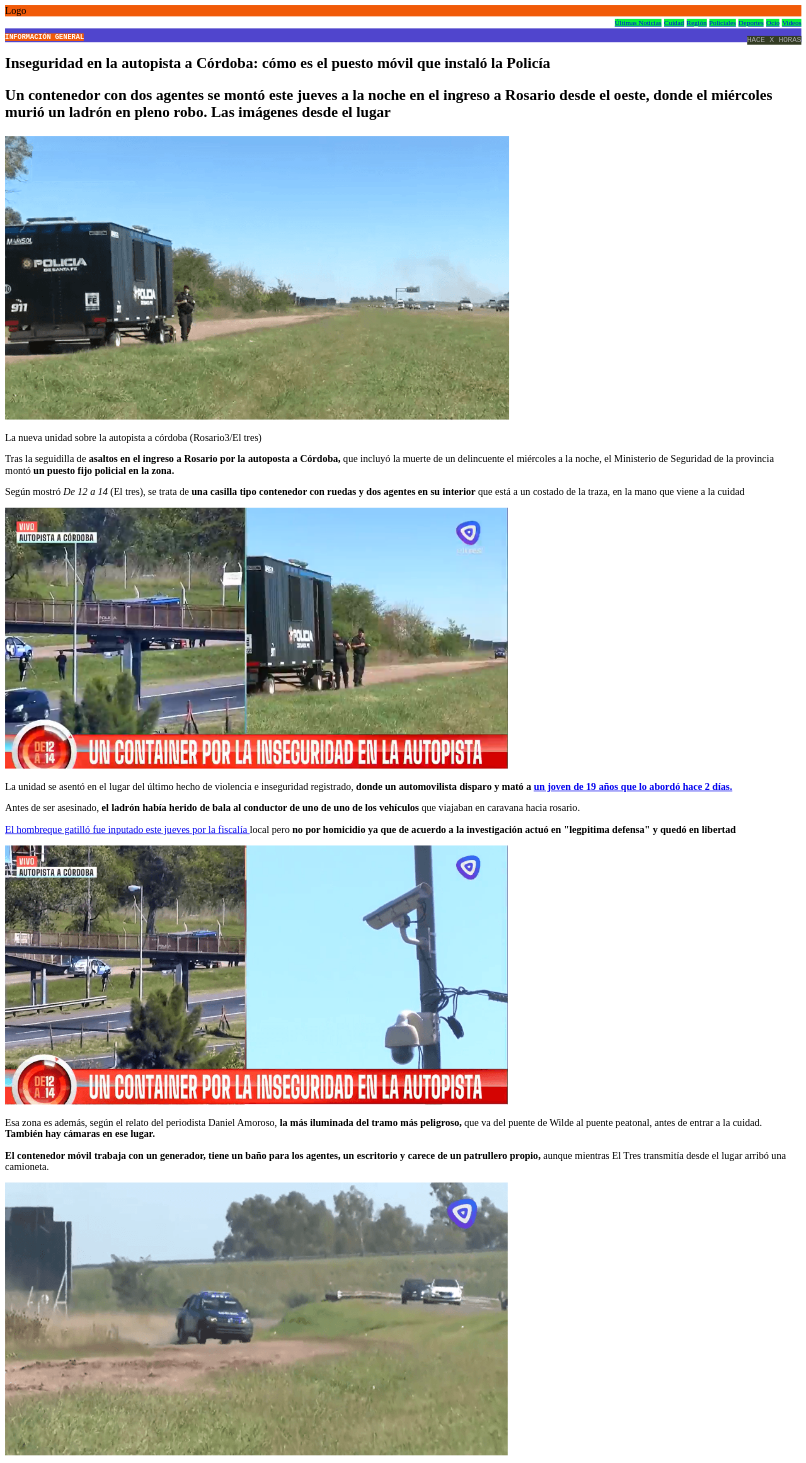
Repository: Larrowo/LPPA
Page: Clase 2/index.html
The author's editor kept a copy of each file at every save. The page is drawn from the files as they stood at one save, then again after the next save.
The browser window is 1280 px wide. The pictures show the whole page, at 63% of full size.

Above is the page before, as saved 2022-04-19 14:20:13.

### Clase 2/index.html
<!DOCTYPE html>
<html lang="en">
  <head>
    <meta charset="UTF-8" />
    <meta http-equiv="X-UA-Compatible" content="IE=edge" />
    <meta name="viewport" content="width=device-width, initial-scale=1.0" />
    <title>Noticia LPPA</title>
    <link rel="stylesheet" href="style.css" />
  </head>
  <body>
    <header>
      <div class="headerContainer">
        <div class="logo">Logo</div>

        <div class="headerContent">
          <a
            class="linkHeader"
            href="https://www.rosario3.com/seccion/ultimas-noticias/"
            >Últimas Noticias</a
          >
          <a class="linkHeader" href="https://www.rosario3.com/seccion/ciudad/"
            >Cuidad</a
          >
          <a class="linkHeader" href="https://www.rosario3.com/seccion/region/"
            >Región</a
          >
          <a
            class="linkHeader"
            href="https://www.rosario3.com/seccion/policiales/"
            >Policiales</a
          >
          <a
            class="linkHeader"
            href="https://www.rosario3.com/seccion/deportes/"
            >Deportes</a
          >
          <a class="linkHeader" href="https://www.rosario3.com/seccion/ocio/"
            >Ocio</a
          >
          <a class="linkHeader" href="https://www.rosario3.com/seccion/videos/"
            >Videos</a
          >
        </div>
      </div>
    </header>
    <main class="container">
      <article class="articulo">
        <div class="notaMainPart">
          <div class="notaTopPart">
            <div class="volanta">
              <h3 class="claseNoticia">
                <a
                  class="linkClaseNoticia"
                  href="https://www.rosario3.com/seccion/informacion-general"
                  style="text-decoration: none"
                  >Información General</a
                >
              </h3>
              <p class="fecha-nota"><time>Hace x Horas</time></p>
            </div>
            <h1>
              Inseguridad en la autopista a Córdoba: cómo es el puesto móvil que
              instaló la Policía
            </h1>
            <h2>
              <p>
                Un contenedor con dos agentes se montó este jueves a la noche en
                el ingreso a Rosario desde el oeste, donde el miércoles murió un
                ladrón en pleno robo. Las imágenes desde el lugar
              </p>
            </h2>
            <div class="fotoPrincipal">
              <img src="/Clase 2/photos/fotoPrincipal.png" alt="" />
            </div>
            <div class="descripcionFoto">
              <p>
                La nueva unidad sobre la autopista a córdoba (Rosario3/El tres)
              </p>
            </div>
          </div>
          <div class="cuerpoNota">
            <p>
              Tras la seguidilla de
              <strong>
                asaltos en el ingreso a Rosario por la autoposta a
                Córdoba,</strong
              >
              que incluyó la muerte de un delincuente el miércoles a la noche,
              el Ministerio de Seguridad de la provincia montó
              <strong>un puesto fijo policial en la zona.</strong>
            </p>
            <p>
              Según mostró <em>De 12 a 14</em> (El tres), se trata de
              <strong
                >una casilla tipo contenedor con ruedas y dos agentes en su
                interior</strong
              >
              que está a un costado de la traza, en la mano que viene a la
              cuidad
            </p>
            <div class="segundaImagen">
              <img src="/Clase 2/photos/segundaImagen.png" alt="" />
            </div>
            <p>
              La unidad se asentó en el lugar del último hecho de violencia e
              inseguridad registrado,
              <strong
                >donde un automovilista disparo y mató a
                <a
                  href="https://www.rosario3.com/policiales/Quien-era-y-que-se-sabe-del-crimen-del-ladron-en-la-autopista-Rosario-Cordoba-20220414-0011.html"
                  target="_blank"
                >
                  un joven de 19 años que lo abordó hace 2 días.</a
                ></strong
              >
            </p>
            <p>
              Antes de ser asesinado,
              <strong
                >el ladrón había herido de bala al conductor de uno de uno de
                los vehículos </strong
              >que viajaban en caravana hacia rosario.
            </p>
            <p>
              <a
                href="https://www.rosario3.com/policiales/Ladron-muerto-en-la-autopista-imputaron-al-automovilista-pero-bajo-legitima-defensa-20220414-0082.html"
                target="_blank"
                >El hombreque gatilló fue inputado este jueves por la fiscalía </a
              >local pero
              <strong
                >no por homicidio ya que de acuerdo a la investigación actuó en
                "legpitima defensa" y quedó en libertad</strong
              >
            </p>
            <div class="terceraImagen">
              <img src="/Clase 2/photos/terceraImagen.png" />
            </div>
            <p>
              Esa zona es además, según el relato del periodista Daniel Amoroso,
              <strong>la más iluminada del tramo más peligroso,</strong> que va
              del puente de Wilde al puente peatonal, antes de entrar a la
              cuidad. <strong>También hay cámaras en ese lugar.</strong>
            </p>
            <p>
              <strong
                >El contenedor móvil trabaja con un generador, tiene un baño
                para los agentes, un escritorio y carece de un patrullero
                propio,</strong
              >
              aunque mientras El Tres transmitía desde el lugar arribó una
              camioneta.
            </p>
            <div class="cuartaImagen">
              <img src="/Clase 2/photos/cuartaImagen.png" />
            </div>
          </div>
        </div>
      </article>
    </main>
  </body>
</html>

### Clase 2/style.css
.fecha-nota{
   font-family: "Space Mono", monospace;
   color: #adadad;
   text-transform: uppercase;
   font-size: 12px;
   position: absolute;
   top: 0;
   right: 0;
   background-color: #333c23
}

.linkClaseNoticia{
    position: relative;
    color: #ffffff;
    background-color: #f15a08;
    text-transform: uppercase;
    font-size:11px;
    font-family: "Space Mono", monospace;
}

.volanta{
    position: relative;
    background-color: #5045cd;
}

.headerContainer{
    background-color: rgb(169, 196, 32);
}

.headerContent{
    float: right;
}

.logo{
    background-color: #f15a08
}

.linkHeader{
    font-size: 11px;
    background-color: #08f13a;
}

After the next save:
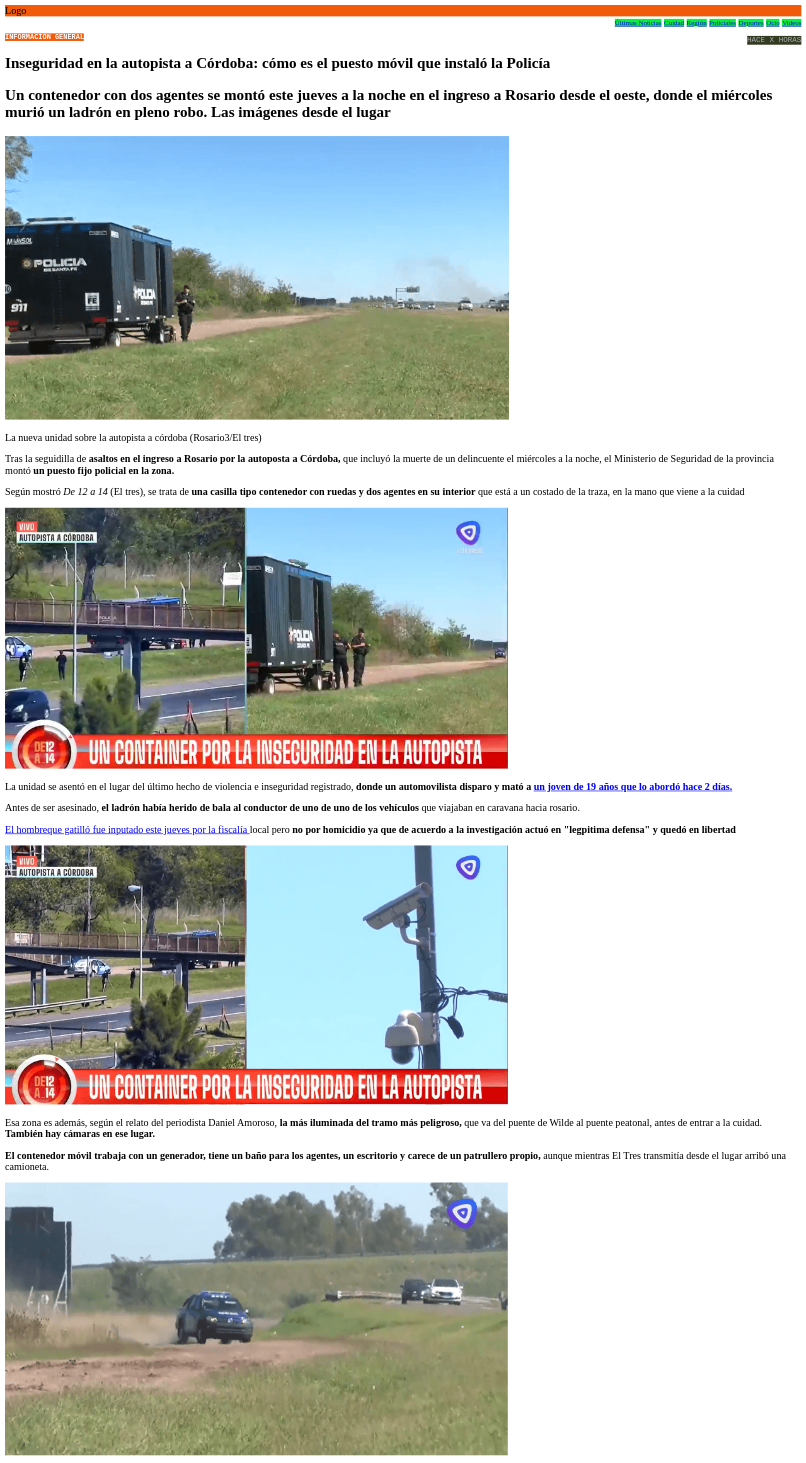
Saved 88 s later.
--- a/Clase 2/style.css
+++ b/Clase 2/style.css
@@ -1,41 +1,40 @@
-.fecha-nota{
-   font-family: "Space Mono", monospace;
-   color: #adadad;
-   text-transform: uppercase;
-   font-size: 12px;
-   position: absolute;
-   top: 0;
-   right: 0;
-   background-color: #333c23
+.fecha-nota {
+  font-family: "Space Mono", monospace;
+  color: #adadad;
+  text-transform: uppercase;
+  font-size: 12px;
+  position: absolute;
+  top: 0;
+  right: 0;
+  background-color: #333c23;
 }
 
-.linkClaseNoticia{
-    position: relative;
-    color: #ffffff;
-    background-color: #f15a08;
-    text-transform: uppercase;
-    font-size:11px;
-    font-family: "Space Mono", monospace;
+.linkClaseNoticia {
+  position: relative;
+  color: #ffffff;
+  background-color: #f15a08;
+  text-transform: uppercase;
+  font-size: 11px;
+  font-family: "Space Mono", monospace;
 }
 
-.volanta{
-    position: relative;
-    background-color: #5045cd;
+.volanta {
+  position: relative;
 }
 
-.headerContainer{
-    background-color: rgb(169, 196, 32);
+.headerContainer {
+  background-color: rgb(169, 196, 32);
 }
 
-.headerContent{
-    float: right;
+.headerContent {
+  float: right;
 }
 
-.logo{
-    background-color: #f15a08
+.logo {
+  background-color: #f15a08;
 }
 
-.linkHeader{
-    font-size: 11px;
-    background-color: #08f13a;
+.linkHeader {
+  font-size: 11px;
+  background-color: #08f13a;
 }
